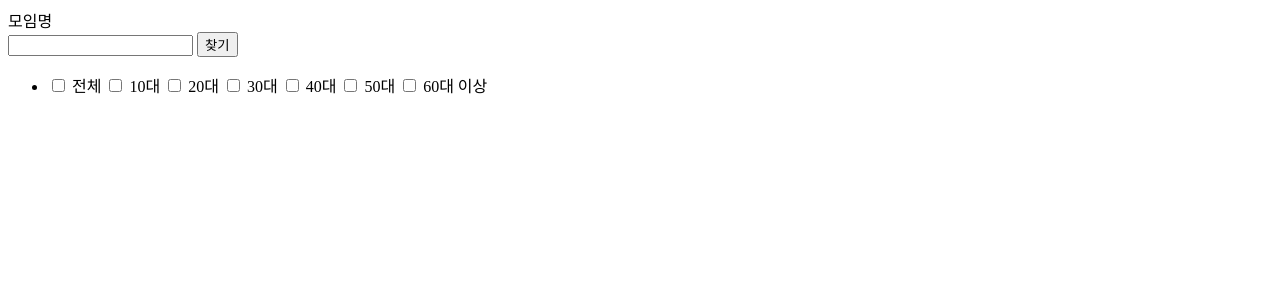
Repository: onpul/TEAM1
Page: http://localhost/Riding/mj/RidingList.jsp
An editor plug-in stored every save of this project. The page is shown before and after the next save, followed by the edit.
The browser window is 1280 px wide. The pictures show the whole page.
The page is served by Tomcat 9.

Above is the page before, as saved 2022-06-04 10:26:23.

After the next save:
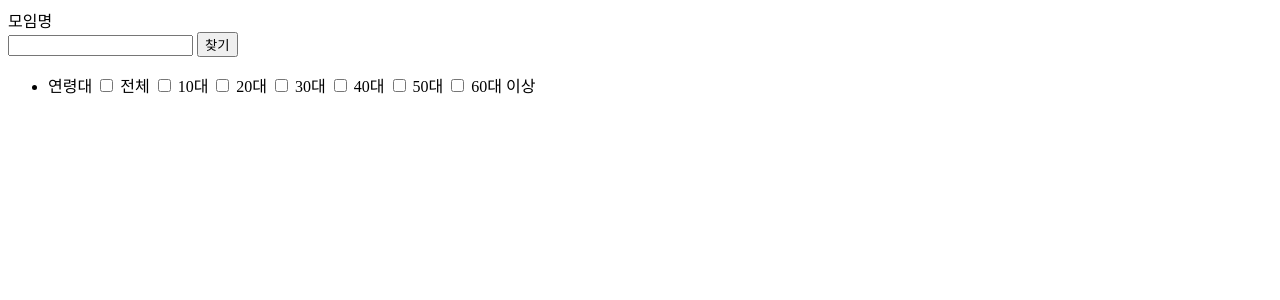
Saved 8 s later.
--- a/Riding/WebContent/mj/RidingList.jsp
+++ b/Riding/WebContent/mj/RidingList.jsp
@@ -17,7 +17,7 @@
 </div>
 <div>
 	<ul>
-		<li>
+		<li> 연령대
 		<label><input type="checkbox" name="age" value="전체"> 전체</label>
 		<label><input type="checkbox" name="age" value="10대"> 10대</label>
 		<label><input type="checkbox" name="age" value="20대"> 20대</label>
@@ -26,6 +26,7 @@
 		<label><input type="checkbox" name="age" value="50대"> 50대</label>
 		<label><input type="checkbox" name="age" value="60대 이상"> 60대 이상</label>
 		</li>
+
 	</ul>
 </div>
 </body>
